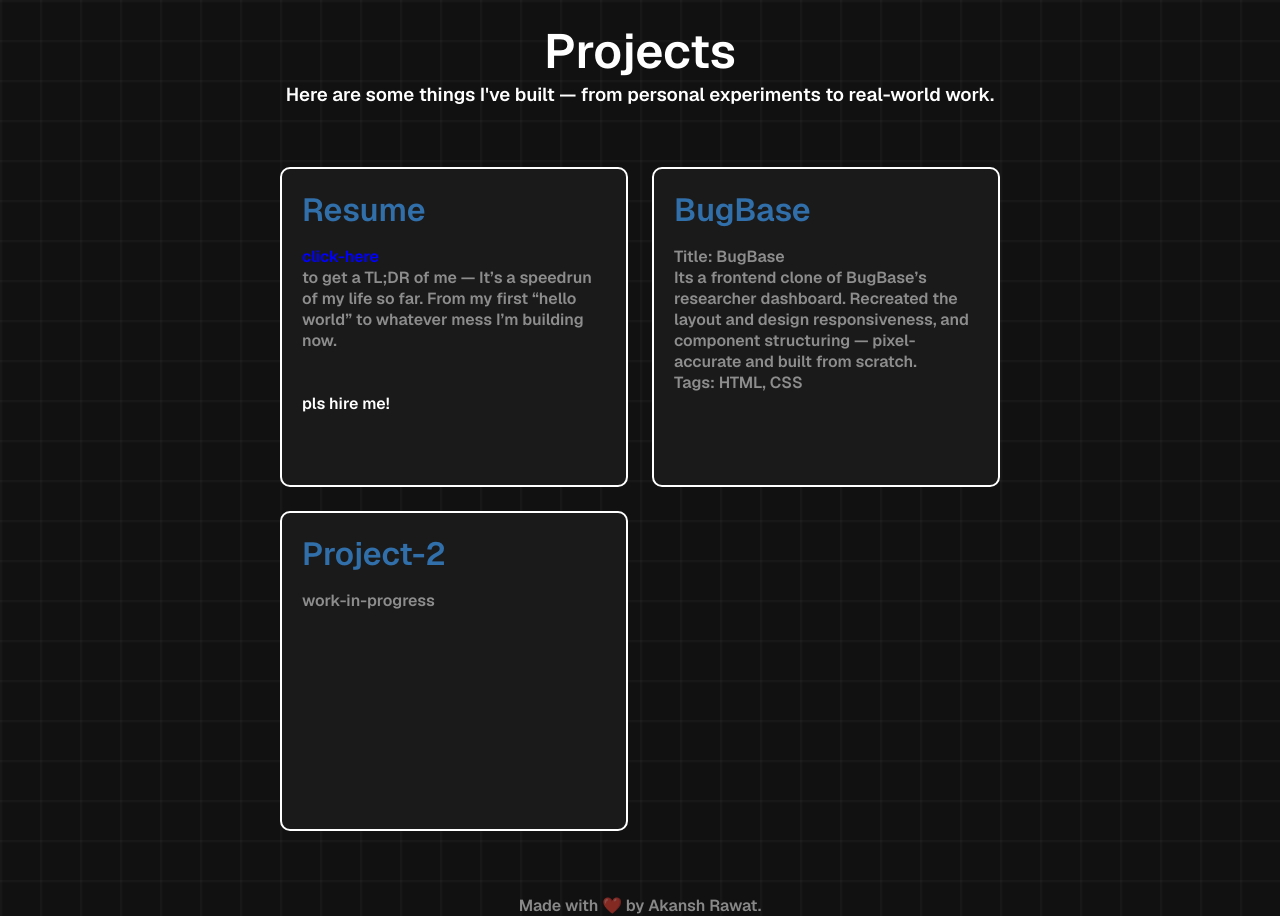
Repository: wakkawakka3/akansh-portfolio
Page: project.html
These files come from the project's save history. The page is drawn as it stood at one moment and after the next save; the edit follows.
The browser window is 1280 px wide. The pictures show the whole page.

Above is the page before, as saved 2025-07-14 18:46:46.

### project.html
<!DOCTYPE html>
<html lang="en">
  <head>
    <meta charset="UTF-8" />
    <meta name="viewport" content="width=device-width, initial-scale=1.0" />
    <title>Project-Akansh</title>
    <link rel="stylesheet" href="style.css" />
  </head>
  <body>
    <header>
      <h1>Projects</h1>
      <h3>
        Here are some things I've built — from personal experiments to
        real-world work.
      </h3>
    </header>
    <div class="grid-container">
      <div class="message">
        <h2>Resume</h2>
        <a
          href="https://docs.google.com/document/d/1LXMpsQHbVlNELlHlzmizmCAFg_KoqvC19dNGiKBRQNE/edit?usp=sharing"
          target="_blank"
          >click-here
        </a>
        <p>
          to get a TL;DR of me — It’s a speedrun of my life so far. From my
          first “hello world” to whatever mess I’m building now.
        </p>
        <br />
        <br />
        pls hire me!
      </div>

      <div class="project-1">
        <h2>BugBase</h2>
        <p>
          Title: BugBase<br />
          Its a frontend clone of BugBase’s researcher dashboard. Recreated the
          layout and design responsiveness, and component structuring —
          pixel-accurate and built from scratch.
          <br />
          Tags: HTML, CSS
        </p>
      </div>
      <div class="project-2">
        <h2>Project-2</h2>
        <p>work-in-progress </p>
      </div>
    </div>
    <footer>
      <div class="footer-content">
        <p>Made with ❤️ by Akansh Rawat.</p>
      </div>
    </footer>
  </body>
</html>

### style.css
@font-face {
  font-family: "Geist-SemiBold";
  src: url("attachments/geist-font-1.5.0/fonts/Geist/otf/Geist-SemiBold.otf");
  font-weight: normal;
  font-style: normal;
}

* {
  margin: 0;
  padding: 0;
  box-sizing: border-box;
}

html,
body {
  height: 100%;
  display: flex;
  flex-direction: column;
  font-size: 16px;
  font-family: "Geist-SemiBold", sans-serif;
  background-color: #111;
  background-image: linear-gradient(
      to right,
      rgba(255, 255, 255, 0.03) 1px,
      transparent 3px
    ),
    linear-gradient(to bottom, rgba(255, 255, 255, 0.03) 1px, transparent 3px);
  background-size: 2.5rem 2.5rem;
  color: white;
}

h1 {
  display: inline-block;
  margin: 0 auto;
  text-align: center;
  font-size: 3rem;
  size-adjust: normal;
}

h1:hover {
  color: yellow;
  transition: color 1s ease;
}

h2 {
  font-size: 2rem;
  margin-bottom: 1rem;
  color: rgb(49, 111, 170);
}

p,
ul {
  font-size: 1rem;
  color: rgba(255, 255, 255, 0.5);
}

header {
  text-align: center;
  padding: 1.25rem;
}

nav {
  size: 2rem;
  display: flex;
  justify-content: space-between;
  align-items: center;
  flex-wrap: wrap;
  padding: 1rem;
  font-size: 1.25rem;
}

a {
  size: 2rem;
  color: blue;
  text-decoration: none;
  background-color: transparent;
}

a:hover {
  color: red;
  transition: color 1s ease;
}

nav button {
  background-color: #111;
  margin: 0.25rem;
  padding: 1rem;
}

.navigation {
  display: flex;
  padding: 1rem;
  gap: 1.25rem;
}

.theme {
  display: flex;
  align-items: center;
  justify-content: center;
}

.theme :hover {
  color: red;
  transition: color 1s ease;
}

footer {
  font-size: 1rem;
  margin: 2rem;
  text-align: center;
}

.footer-content {
  color: #8b8b8b8b;
  display: flex;
  flex-direction: column;
  margin: 2rem 0px 0px 0px;
  align-items: center;
  justify-content: center;
}

button {
  background-color: transparent;
  color: blue;
  padding: 0.625rem 1.25rem;
  border-radius: 1.5625rem;
  border: none;
  cursor: pointer;
}

.links {
  margin-top: 2rem;
}

.grid-container {
  display: grid;
  grid-template-columns: repeat(auto-fit, minmax(15rem, 1fr));
  gap: 1.5rem;
  justify-content: center;
  height: 100%;
  margin: 2.5rem auto 0;
  width: 100%;
  max-width: 45rem;
}

.grid-container .image {
  display: flex;
  justify-content: center;
  align-items: center;
  min-width: 15rem;
  min-height: 20rem;
  max-width: 100%;
  max-height: 100%;
  border-radius: 1rem;
  overflow: hidden;
}

.introduction,
.skills,
.blog,
.message,
.socials,
.location,
.project-1,
.project-2 {
  background-color: #1a1a1a;
  padding: 1.25rem;
  border: 0.125rem solid white;
  border-radius: 0.625rem;
  min-height: 20rem;
  min-width: 15rem;
  overflow: auto;
}

.image img {
  width: 100%;
  height: auto;
  max-height: 200px;
  object-fit: contain;
  border-radius: 1rem;
  display: block;
  margin: 0 auto;
}

@media (max-width: 768px) {
  .grid-container {
    grid-template-columns: 1fr;
    place-items: center;
    gap: 16px;
  }

  .image,
  .introduction,
  .skills,
  .working,
  .testimonial,
  .blog,
  .message,
  .project-1,
  .project-2,
  .socails,
  .location {
    border: none;
    border-bottom: 1px solid #fff;
    max-width: 100%;
    min-height: auto;
    background-color: transparent;
    text-align: center;
  }

  nav {
    flex-direction: column;
    gap: 0.5rem;
    align-items: center;
  }

  .navigation {
    flex-direction: column;
    align-items: center;
  }

  .theme {
    margin-top: 0.5rem;
  }
}

After the next save:
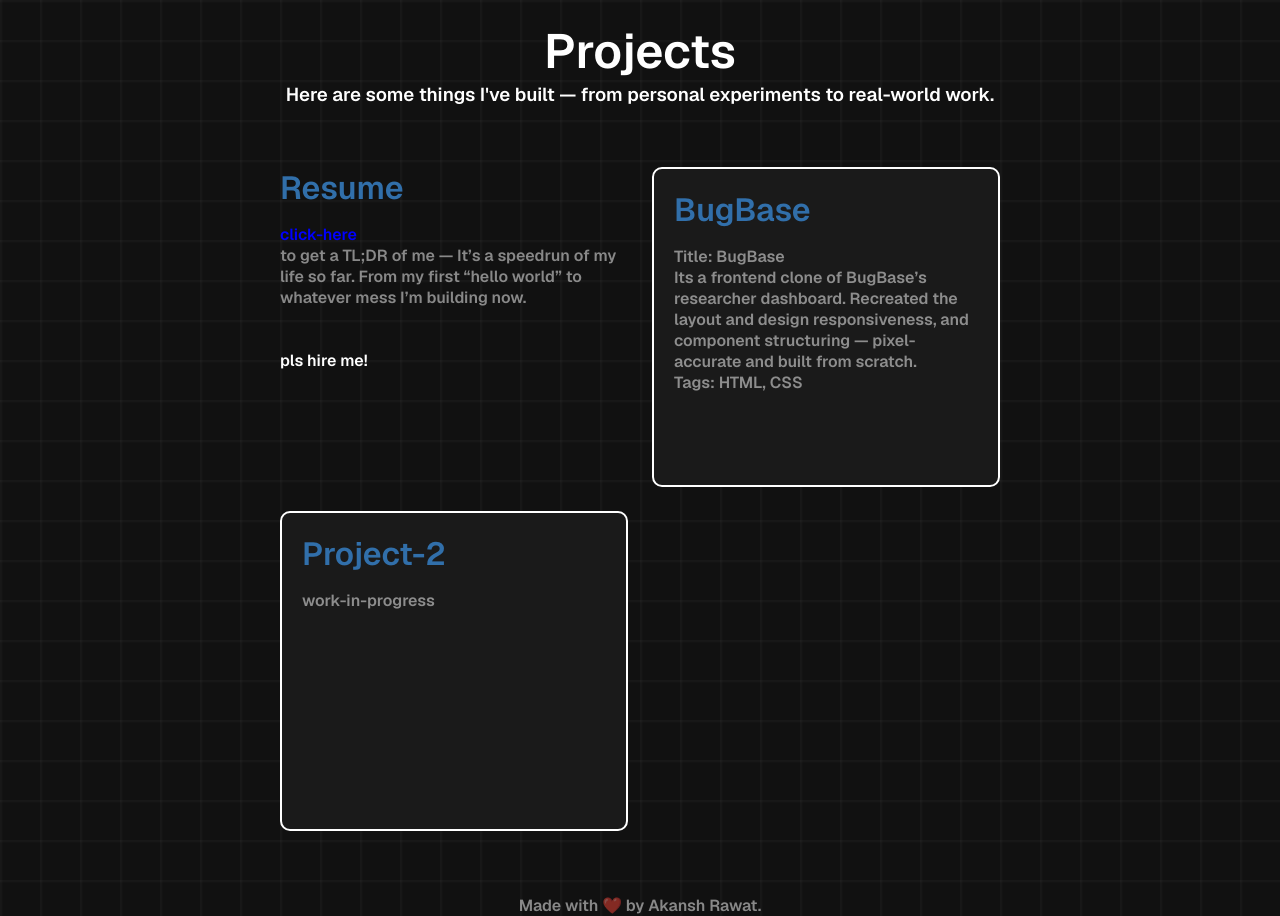
Saved 39 s later.
--- a/project.html
+++ b/project.html
@@ -15,7 +15,7 @@
       </h3>
     </header>
     <div class="grid-container">
-      <div class="message">
+      <div class="resume">
         <h2>Resume</h2>
         <a
           href="https://docs.google.com/document/d/1LXMpsQHbVlNELlHlzmizmCAFg_KoqvC19dNGiKBRQNE/edit?usp=sharing"
